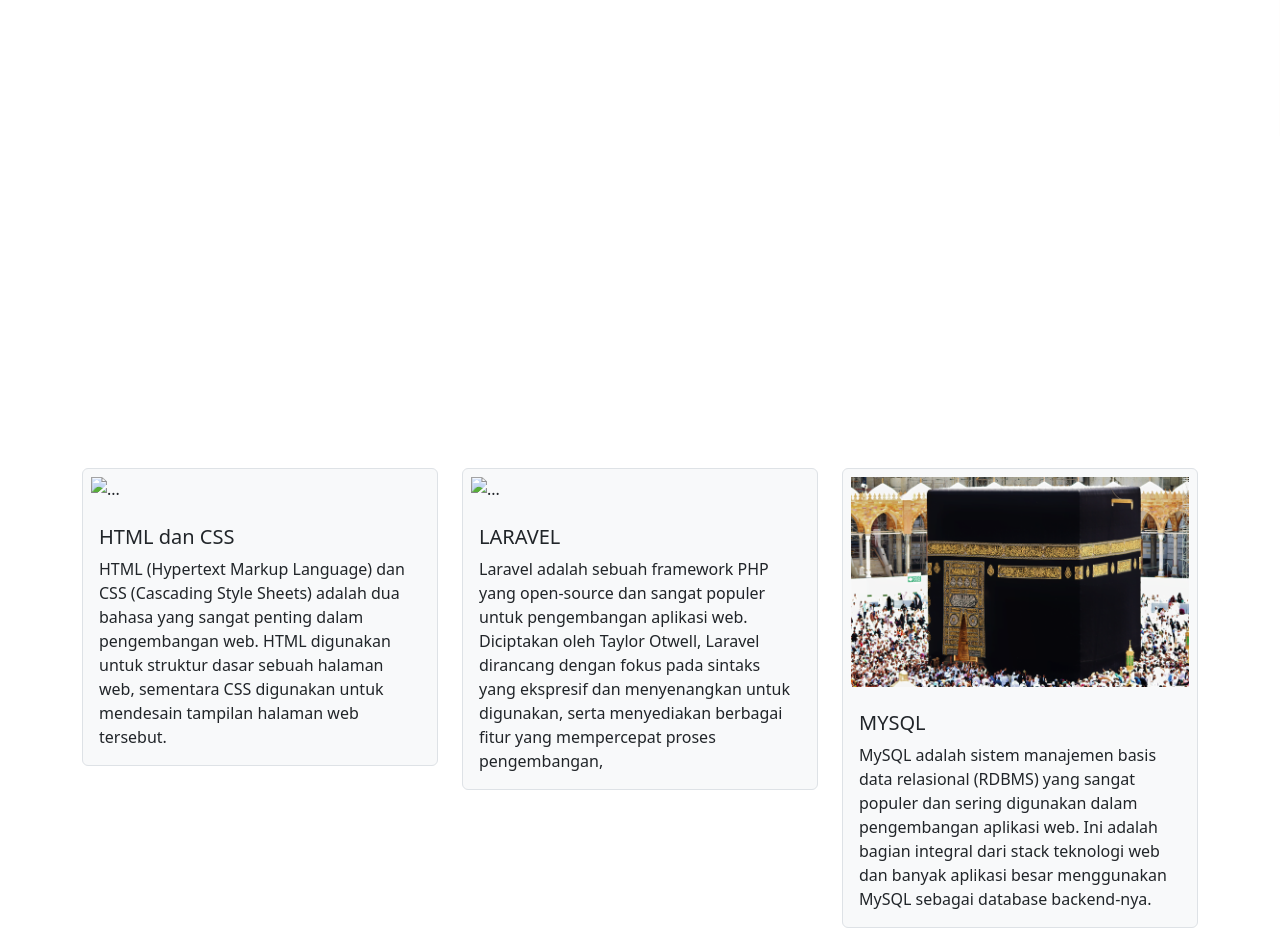
Repository: Putrabobi/Task7
Page: index.html
These files come from the project's save history. The page is drawn as it stood at one moment and after the next save; the edit follows.
The browser window is 1280 px wide. The pictures show the part of the page from y = 2053 to 2981 px (the page is 2981 px tall).
A picture or video elsewhere on the page could not be fetched, so the positions and the page height are approximate.

Above is the page before, as saved 2024-03-25 13:59:18.
Not found: img/1.jpg
Not found: img/122.jpg

### index.html
<!DOCTYPE html>
<html lang="en">

<head>
    <meta charset="UTF-8">
    <meta name="viewport" content="width=device-width, initial-scale=1.0">
    <title>Haji & Umroh</title>
    <link href="https://cdn.jsdelivr.net/npm/bootstrap@5.3.3/dist/css/bootstrap.min.css" rel="stylesheet"
        integrity="sha384-QWTKZyjpPEjISv5WaRU9OFeRpok6YctnYmDr5pNlyT2bRjXh0JMhjY6hW+ALEwIH" crossorigin="anonymous">
</head>

<body>

    <!-- Navbar -->
    <nav class="navbar navbar-expand-lg  bg-body-tertiary mb-4">
        <div class="container-fluid">
            <a class="navbar-brand" href="#">
                <span style="color: darkgreen;" class="fw-bold">Uda</span>
                <span style="color: olive;" class="fw-bold">Tour</span>
            </a>

            <button class="navbar-toggler" type="button" data-bs-toggle="collapse"
                data-bs-target="#navbarSupportedContent" aria-controls="navbarSupportedContent" aria-expanded="false"
                aria-label="Toggle navigation">
                <span class="navbar-toggler-icon"></span>
            </button>
            <div class="collapse navbar-collapse" id="navbarSupportedContent">
                <ul class="navbar-nav me-auto mb-2 mb-lg-0 mx-auto">
                    <li class="nav-item" style="margin-right: 30px;">
                        <a class="nav-link active" aria-current="page" href="#"
                            style="border-bottom: 4px solid #00570f; color: #000000;">Home</a>
                    </li>
                    <li class="nav-item" style="margin-right: 30px;">
                        <a class="nav-link" href="#" style="color: #000;">Haji</a>
                    </li>
                    <li class="nav-item" style="margin-right: 30px;">
                        <a class="nav-link disabled" style="color: #000;">Umroh</a>
                    </li>
                    <li class="nav-item" style="margin-right: 30px;">
                        <a class="nav-link disabled" style="color: #000;">Blog</a>
                    </li>
                    <li class="nav-item" style="margin-right: 30px;">
                        <a class="nav-link disabled" style="color: #000;">Gallery</a>
                    </li>
                </ul>
                <button class="btn btn-outline-dark" type="submit">Register</button>
            </div>

        </div>
    </nav>

    <!-- Background -->

    <div class="position-relative text-center mb-5">
        <img src="images/mekkah.jpg" style="filter: brightness(50%);" alt="Mekkah" width="100%">
        <h1 class="position-absolute top-0 start-50 translate-middle-x text-light" style="margin-top: 5%;">Take you on a holy journey</h1>
        <h5 class="position-absolute top-0 start-50 translate-middle-x text-light" style="margin-top: 45%;">Find the best Hajj travel package that suits your needs. Enjoy a worship experience guided by a professional and experienced team.</h5>
        <button type="button" style="position: absolute; bottom: 20px; left: 50%; transform: translateX(-50%); background-color: green; color: white; padding: 10px 50px; border: none; border-radius: 100px; cursor: pointer;">Explore</button>
    </div>

    <!-- Maskapai -->

    <div style="text-align: center;">
        <h1>Our Partner</h1>
        <img src="images/maskapai1.png" alt="maskapai1" style="width: 350px;">
        <img src="images/maskapai2.png" alt="maskapai2" style="width: 350px;">
        <img src="images/maskapai3.png" alt="maskapai3" style="width: 350px;">
        <img src="images/maskapai4.png" alt="maskapai4" style="width: 350px;">
    </div>

    <div>
        <svg xmlns="http://www.w3.org/2000/svg" viewBox="0 0 1440 320">
            <path fill="#8f6b00" fill-opacity="1" d="M0,64L120,96C240,128,480,192,720,192C960,192,1200,128,1320,96L1440,64L1440,320L1320,320C1200,320,960,320,720,320C480,320,240,320,120,320L0,320Z"></path>>
        </svg>
    </div>
    <div style="background-color: #8f6b00; position: relative;" class="text-white">
        <div class="container d-flex justify-content-center align-items-center">
          <div class="row">
            <div class=" text-center">
              <h3 class="fw-bold pb-3">Hajj and Umrah Program</h3>
              <h5 class="py-3 mb-3" style="width: 50%; margin: 0 auto;">Find complete and well-organized Hajj and Umrah
                programs. Get a package that meets your needs for a meaningful spiritual journey.</h5>
              <button class="btn text-light padding: 10px 50px rounded-5 px-5 py-2 shadow"
                style="background-color: #00730c;">Explore</button>
            </div>
            <div class="">
              <img src="img/kabah_only.png" alt="" width="20%"
                style="position: absolute; left: 25; top: 50%; transform: translateY(-50%);">
            </div>
          </div>
        </div>
        <svg xmlns="http://www.w3.org/2000/svg" viewBox="0 0 1440 320">
          <path fill="#ffffff" fill-opacity="1"
            d="M0,160L120,138.7C240,117,480,75,720,74.7C960,75,1200,117,1320,138.7L1440,160L1440,320L1320,320C1200,320,960,320,720,320C480,320,240,320,120,320L0,320Z">
          </path>
        </svg>
      </div>

      <div class="">
        <img src="images/mekkah4.png" alt="" width="20%" style="position: absolute; left: 5%; top: 250%;  transform: translateY(-50%);">
    </div>

    </div>
  </div>
  <svg xmlns="http://www.w3.org/2000/svg" viewBox="0 0 1440 320">
    <path fill="#ffffff" fill-opacity="1"
      d="M0,160L120,138.7C240,117,480,75,720,74.7C960,75,1200,117,1320,138.7L1440,160L1440,320L1320,320C1200,320,960,320,720,320C480,320,240,320,120,320L0,320Z">
    </path>
  </svg>
</div>
</div>

<section class="pt-5">
    <div class="container">
      <div class="row">
        <di class="col-md">
          <div class="card bg-light text-dark border ">
            <img src="img/1.jpg" class="p-2 card-img-top" alt="...">
            <div class="card-body">
              <h5 class="card-title">HTML dan CSS</h5>
              <p class="card-text"> HTML (Hypertext Markup Language) dan CSS (Cascading Style Sheets) adalah dua
                bahasa yang sangat penting dalam pengembangan web. HTML digunakan untuk struktur dasar sebuah
                halaman web, sementara CSS digunakan untuk mendesain tampilan halaman web tersebut.</p>
            </div>
          </div>
        </di>
        <di class="col-md">
          <div class="card bg-light text-dark border ">
            <img src="img/122.jpg" class="p-2 card-img-top" alt="...">
            <div class="card-body">
              <h5 class="card-title">LARAVEL</h5>
              <p class="card-text">
                Laravel adalah sebuah framework PHP yang open-source dan sangat populer untuk pengembangan aplikasi
                web. Diciptakan oleh Taylor Otwell, Laravel dirancang dengan fokus pada sintaks yang ekspresif dan
                menyenangkan untuk digunakan, serta menyediakan berbagai fitur yang mempercepat proses pengembangan,
              </p>
            </div>
          </div>
        </di>
        <di class="col-md">
          <div class="card  bg-light text-dark border">
            <img src="images/mekkah2.png" class="p-2 card-img-top" alt="...">
            <div class="card-body">
              <h5 class="card-title">MYSQL</h5>
              <p class="card-text">
                MySQL adalah sistem manajemen basis data relasional (RDBMS) yang sangat populer dan sering digunakan
                dalam pengembangan aplikasi web. Ini adalah bagian integral dari stack teknologi web dan banyak
                aplikasi besar menggunakan MySQL sebagai database backend-nya.</p>
            </div>
          </div>
        </di>

      </div>
    </div>
  </section>

<!-- <div class="my-5" style="background-color: rgb(191, 255, 239); text-align: center;">
    <div style="margin: 0 auto; max-width: 600px;">
        <h3>Hajj and Umrah Special Offers</h3>
        <h4>We work with trusted and experienced organizers to provide quality Hajj and Umrah travel packages.</h4>
    </div>
    <div class="my-5 mx-5 px-5 pb-5 justify-content-center">
        <div class="card-group mx-5 pb-5">
            <div class="card mx-2 border-0" style="width: 20rem; background-color: rgb(191, 255, 239);">
                <img src="images/mekkah1.jpeg" class="card-img-top" alt="mekkah1" style="max-width: 100%;">
                <div class="card-body ps-0">
                    <p class="card-text" style="color: #937009;">Classic</p>
                    <h5 class="card-title mt-2 fw-bold">Regular Umrah</h5>
                    <p class="card-text">Package Duration 20 days</p>
                    <button class="border-0 mt-2 text-light rounded-4 px-4 py-3" style="background-color: #00730c;"><span
                        class="m-2">Detail</span></button>
                  </div>
            </div>
        </div>
    </div>
</div> -->










</body>

</html>

After the next save:
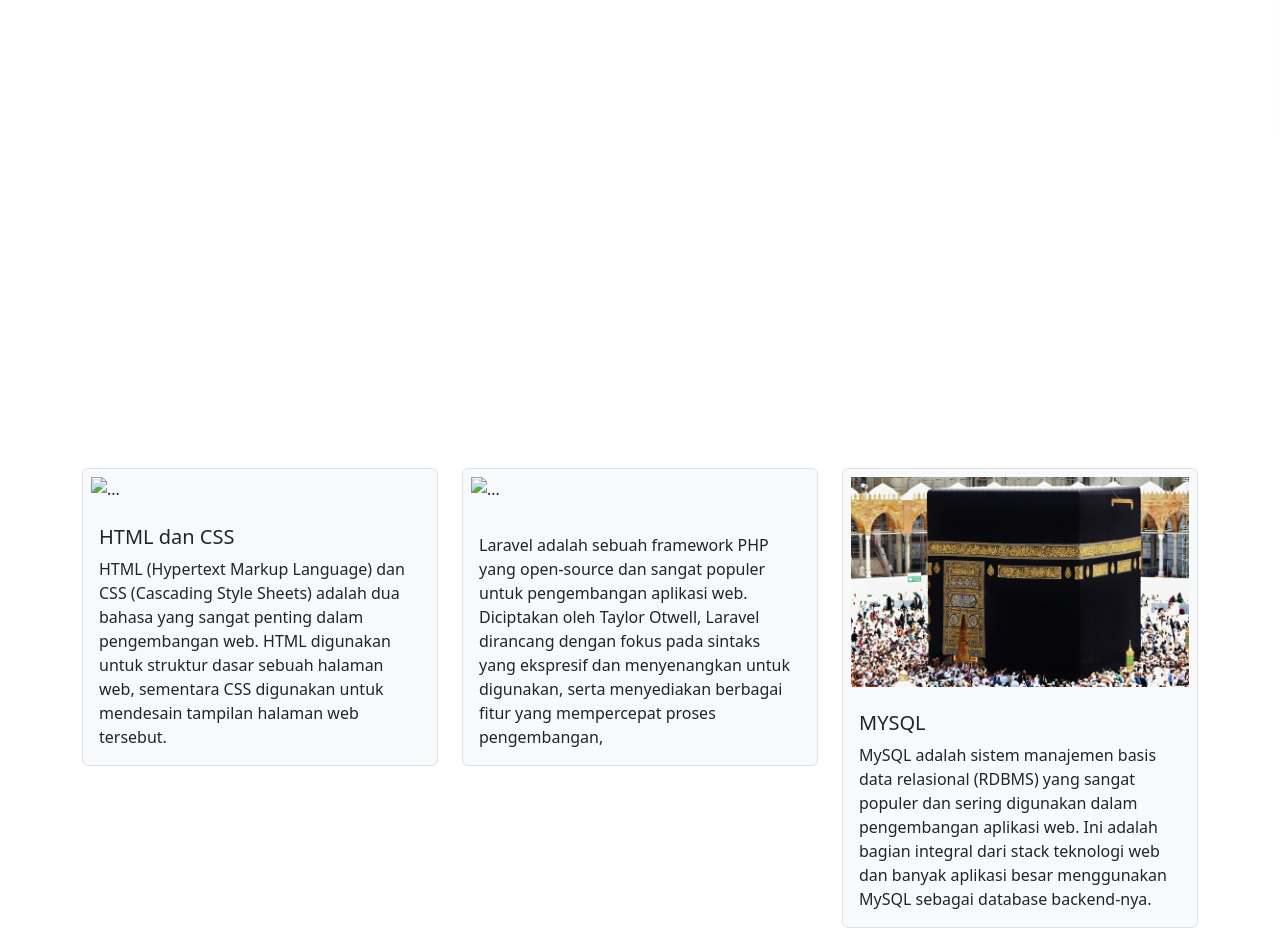
Saved 8 s later.
--- a/index.html
+++ b/index.html
@@ -128,7 +128,7 @@
           <div class="card bg-light text-dark border ">
             <img src="img/122.jpg" class="p-2 card-img-top" alt="...">
             <div class="card-body">
-              <h5 class="card-title">LARAVEL</h5>
+              <h5 class="card-title"></h5>
               <p class="card-text">
                 Laravel adalah sebuah framework PHP yang open-source dan sangat populer untuk pengembangan aplikasi
                 web. Diciptakan oleh Taylor Otwell, Laravel dirancang dengan fokus pada sintaks yang ekspresif dan
